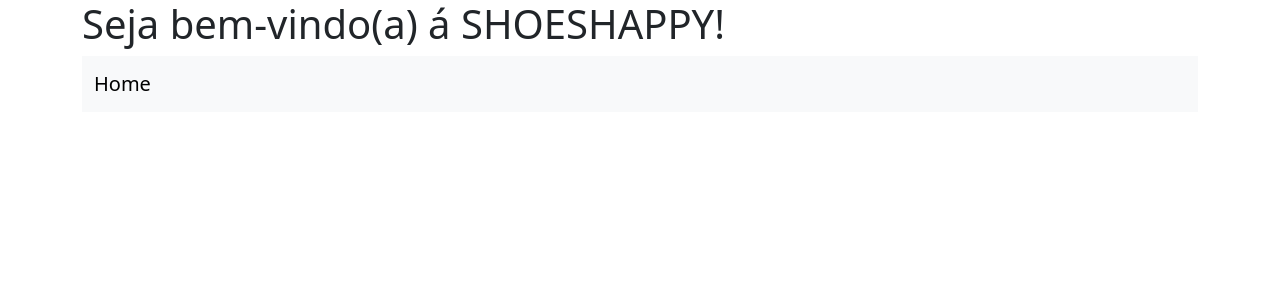
Repository: DianeMascarello/Uc09Senai
Page: http://localhost/SA3Uc09/
The author's editor kept a copy of each file at every save. The page is drawn from the files as they stood at one save, then again after the next save.
The browser window is 1280 px wide. The pictures show the whole page.
The page is served by Tomcat 10.

Above is the page before, as saved 2023-08-14 01:37:50.

After the next save:
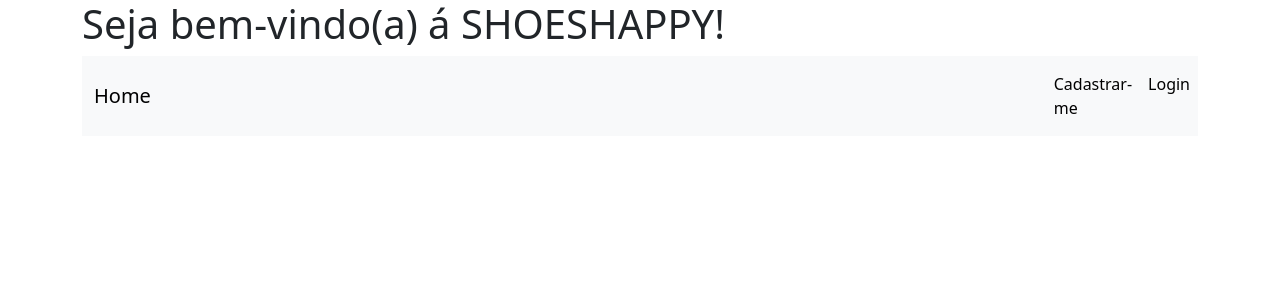
Saved 24 s later.
--- a/SA3Uc09/src/main/webapp/index.jsp
+++ b/SA3Uc09/src/main/webapp/index.jsp
@@ -27,7 +27,6 @@
 					<span class="navbar-toggler-icon"></span>
 				</button>
 			</div>
-		</nav>
 		<div class="collapse navbar-collapse" id="navbarSupportedContent">
 			<ul class="navbar-nav me-auto mb-2 mb-lg-0">
 				<li class="nav-item"><a class="nav-link active"
